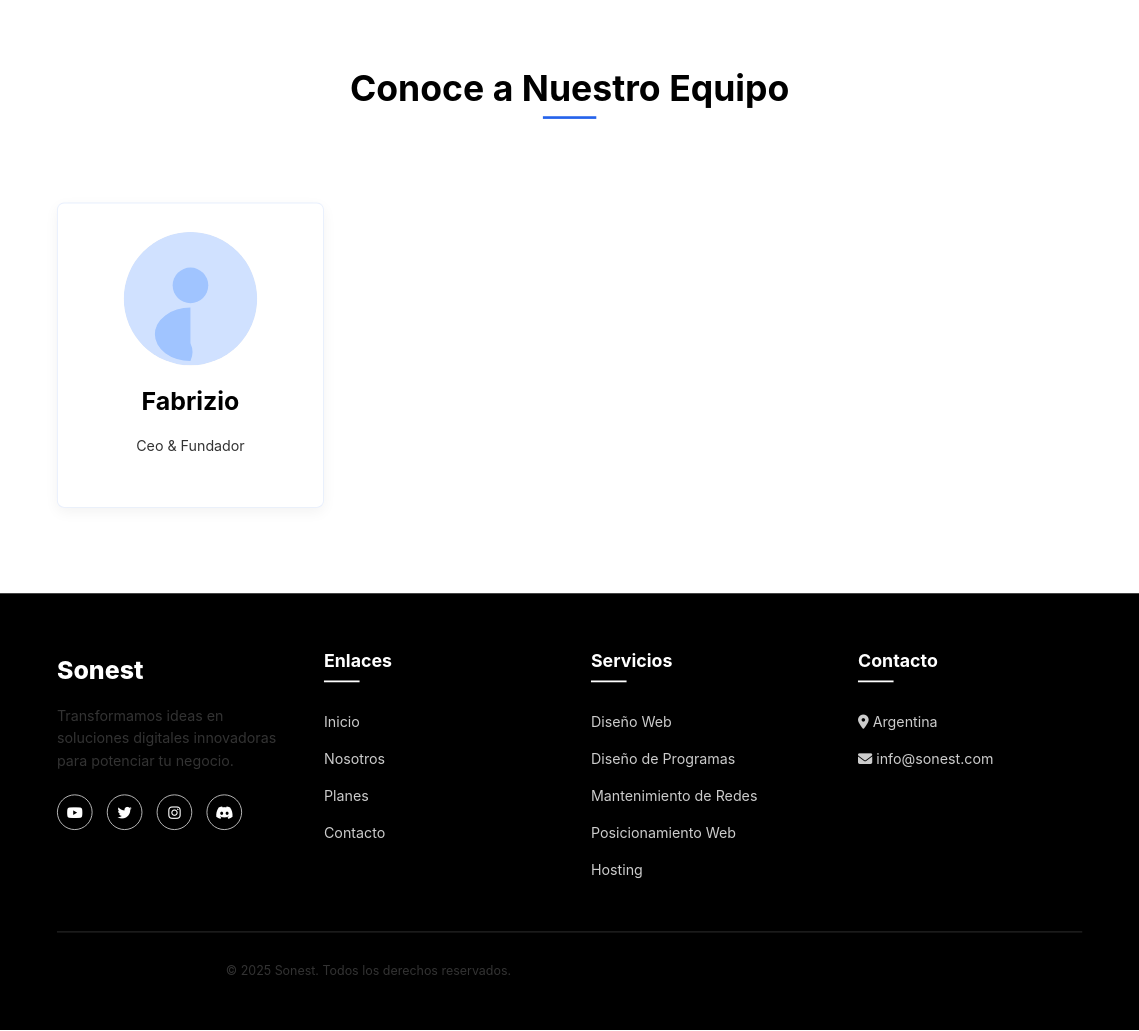
Repository: FabriDevelope/sonest
Page: nosotros.html
The author's editor kept a copy of each file at every save. The page is drawn from the files as they stood at one save, then again after the next save.
The browser window is 1280 px wide. The pictures show the part of the page from y = 776 to 1934 px (the page is 1934 px tall), at 89% of full size.
A picture or video elsewhere on the page could not be fetched, so the positions and the page height are approximate.

Above is the page before, as saved 2025-08-02 23:06:08.

### nosotros.html
<!DOCTYPE html>
<html lang="es">
<head>
    <meta charset="UTF-8">
    <meta name="viewport" content="width=device-width, initial-scale=1.0">
    <title>Sobre Nosotros - Sonest</title>
    <link rel="stylesheet" href="styles.css">
    <link rel="stylesheet" href="https://cdnjs.cloudflare.com/ajax/libs/font-awesome/6.4.0/css/all.min.css">
    <style>
        .about-section {
            padding: 6rem 0;
        }

        .about-content {
            display: flex;
            gap: 4rem;
            align-items: center;
        }

        .about-text {
            flex: 1;
        }

        .about-image {
            flex: 1;
            border-radius: var(--border-radius);
            overflow: hidden;
            box-shadow: var(--shadow);
        }

        .team-grid {
            display: grid;
            grid-template-columns: repeat(auto-fit, minmax(250px, 1fr));
            gap: 2.5rem;
            margin-top: 4rem;
            justify-content: center;
        }

        .team-card {
            background-color: var(--white);
            border-radius: var(--border-radius);
            padding: 2rem;
            text-align: center;
            box-shadow: 0 5px 15px rgba(0,0,0,0.05);
            border: 1px solid rgba(37, 99, 235, 0.1);
            max-width: 300px;
        }

        .team-image {
            width: 150px;
            height: 150px;
            border-radius: 50%;
            margin: 0 auto 1.5rem;
            overflow: hidden;
            background-color: var(--gray-100);
        }

        @media (max-width: 992px) {
            .about-content {
                flex-direction: column;
            }
        }
    </style>
</head>
<body>
    <!-- Header -->
    <header>
        <div class="container header-container">
            <a href="index.html" class="logo">
                <img src="https://i.imgur.com/yJCH2BL.png" alt="Sonest Logo" style="height: 60px; margin-right: 10px;">
            </a>
            <nav>
                <ul class="nav-menu">
                    <li class="nav-item"><a href="index.html" class="nav-link">Inicio</a></li>
                    <li class="nav-item"><a href="nosotros.html" class="nav-link">Nosotros</a></li>
                    <li class="nav-item dropdown">
                        <a href="planes.html" class="nav-link">Servicios <i class="fas fa-chevron-down"></i></a>
                        <ul class="dropdown-content">
                            <li><a href="diseno-web.html" class="dropdown-item">Diseño Web</a></li>
                            <li><a href="diseno-programas.html" class="dropdown-item">Diseño de Programas</a></li>
                            <li><a href="mantenimiento-redes.html" class="dropdown-item">Mantenimiento de Redes</a></li>
                            <li><a href="posicionamiento-web.html" class="dropdown-item">Posicionamiento Web</a></li>
                            <li><a href="hosting.html" class="dropdown-item">Hosting</a></li>
                        </ul>
                    </li>
                    <li class="nav-item"><a href="planes.html" class="nav-link">Planes</a></li>
                    <li class="nav-item"><a href="contacto.html" class="nav-link active">Contacto</a></li>
                </ul>
            </nav>
            <div class="mobile-toggle">
                <i class="fas fa-bars"></i>
            </div>
        </div>
    </header>

    <main>
        <section class="about-section">
            <div class="container">
                <div class="section-title">
                    <h2>Nuestra Historia</h2>
                    <p>Conoce más sobre quiénes somos y nuestra pasión por la tecnología</p>
                </div>

                <div class="about-content">
                    <div class="about-text">
                        <p>Fundada en 2024, Sonest nació con la visión de brindar soluciones tecnológicas modernas que ayuden a empresas y emprendedores a crecer en un entorno digital en constante evolución.</p>
                        <p>Lo que comenzó como una iniciativa de un grupo de profesionales apasionados por el desarrollo web, la seguridad informática y la optimización de procesos, hoy se consolida como una empresa comprometida con la innovación y la excelencia en cada proyecto.</p>
                        <p>Nuestro enfoque se basa en comprender a fondo los desafíos de cada cliente para crear soluciones personalizadas que generen valor real y sostenible en su negocio.</p>

                        <h3>Nuestro Equipo</h3>
                        <p>Contamos con un equipo multidisciplinario de desarrolladores, diseñadores, expertos en redes y consultores estratégicos dedicados a ofrecer un servicio cercano, profesional y de alta calidad.</p>
                    </div>
                    <div class="about-image fade-in">
                        <img src="https://i.imgur.com/lfAE6ol.png" alt="Equipo Sonest">
                    </div>
                </div>


                <div class="section-title" style="margin-top: 6rem;">
                    <h2>Conoce a Nuestro Equipo</h2>
                </div>

                <div class="team-grid">
                    <div class="team-card fade-in">
                        <div class="team-image">
                            <img src="data:[embedded picture, 302 characters]" alt="María López">
                        </div>
                        <h3>Fabrizio</h3>
                        <p>Ceo & Fundador</p>
                    </div>
                </div>
            </div>
        </section>
    </main>

    <!-- Footer -->
    <footer>
        <div class="container">
            <div class="footer-grid">
                <div>
                    <a href="index.html" class="footer-logo">Sonest</a>
                    <p>Transformamos ideas en soluciones digitales innovadoras para potenciar tu negocio.</p>
                    <div class="social-links">
                        <a href="#" class="social-link"><i class="fab fa-youtube"></i></a>
                        <a href="#" class="social-link"><i class="fab fa-twitter"></i></a>
                        <a href="#" class="social-link"><i class="fab fa-instagram"></i></a>
                        <a href="https://discord.gg/TzeV6DSFxJ" class="social-link"><i class="fab fa-discord"></i></a>
                    </div>
                </div>
                <div>
                    <h4 class="footer-title">Enlaces</h4>
                    <ul class="footer-links">
                        <li><a href="index.html" class="footer-link">Inicio</a></li>
                        <li><a href="nosotros.html" class="footer-link">Nosotros</a></li>
                        <li><a href="planes.html" class="footer-link">Planes</a></li>
                        <li><a href="contacto.html" class="footer-link">Contacto</a></li>
                    </ul>
                </div>
                <div>
                    <h4 class="footer-title">Servicios</h4>
                    <ul class="footer-links">
                        <li><a href="diseno-web.html" class="footer-link">Diseño Web</a></li>
                        <li><a href="diseno-programas.html" class="footer-link">Diseño de Programas</a></li>
                        <li><a href="mantenimiento-redes.html" class="footer-link">Mantenimiento de Redes</a></li>
                        <li><a href="posicionamiento-web.html" class="footer-link">Posicionamiento Web</a></li>
                        <li><a href="hosting.html" class="footer-link">Hosting</a></li>
                    </ul>
                </div>
                <div>
                    <h4 class="footer-title">Contacto</h4>
                    <ul class="footer-links">
                        <li><a href="#" class="footer-link"><i class="fas fa-map-marker-alt"></i> Argentina</a></li>
                        <li><a href="mailto:sonest.adm@proton.me" class="footer-link"><i class="fas fa-envelope"></i> info@sonest.com</a></li>
                    </ul>
                </div>
            </div>
            <div class="footer-bottom">
                <p>&copy; 2025 Sonest. Todos los derechos reservados.</p>
            </div>
        </div>
    </footer>

    <script>
        document.addEventListener('DOMContentLoaded', function() {
            const mobileToggle = document.querySelector('.mobile-toggle');
            const navMenu = document.querySelector('.nav-menu');

            if (mobileToggle && navMenu) {
                mobileToggle.addEventListener('click', function() {
                    navMenu.classList.toggle('active');
                });
            }

            // Animaciones al hacer scroll
            const observer = new IntersectionObserver((entries) => {
                entries.forEach(entry => {
                    if (entry.isIntersecting) {
                        entry.target.classList.add('fade-in-visible');
                    }
                });
            }, { threshold: 0.1 });

            document.querySelectorAll('.fade-in').forEach(element => {
                observer.observe(element);
            });
        });
    </script>
</body>
</html>

### styles.css
/* Variables CSS */
:root {
    --white: #ffffff;
    --black: #000000;
    --gray-100: #f5f5f5;
    --gray-200: #e0e0e0;
    --gray-300: #cccccc;
    --gray-700: #333333;
    --gray-800: #222222;
    --primary: #2563eb;
    --primary-light: #3b82f6;
    --transition: all 0.3s ease;
    --border-radius: 8px;
    --shadow: 0 4px 20px rgba(0,0,0,0.08);
    --container-width: 1200px;
}

/* Reset y estilos base */
* {
    margin: 0;
    padding: 0;
    box-sizing: border-box;
}

body {
    font-family: 'Inter', 'Segoe UI', Roboto, 'Helvetica Neue', Arial, sans-serif;
    color: var(--black);
    background-color: var(--white);
    line-height: 1.6;
    overflow-x: hidden;
    display: flex;
    flex-direction: column;
    min-height: 100vh;
}

h1, h2, h3, h4, h5, h6 {
    font-weight: 700;
    line-height: 1.2;
    margin-bottom: 1rem;
}

h1 {
    font-size: 3.5rem;
    margin-bottom: 1.5rem;
}

h2 {
    font-size: 2.5rem;
    position: relative;
    display: inline-block;
    margin-bottom: 2.5rem;
}

h2::after {
    content: '';
    position: absolute;
    bottom: -10px;
    left: 0;
    width: 60px;
    height: 3px;
    background-color: var(--primary);
}

h3 {
    font-size: 1.75rem;
    margin-bottom: 1.25rem;
}

p {
    margin-bottom: 1.5rem;
    max-width: 700px;
    color: var(--gray-700);
}

a {
    color: var(--primary);
    text-decoration: none;
    transition: var(--transition);
}

a:hover {
    color: var(--primary-light);
    opacity: 0.9;
}

img {
    max-width: 100%;
    height: auto;
    border-radius: var(--border-radius);
}

.container {
    width: 100%;
    max-width: var(--container-width);
    margin: 0 auto;
    padding: 0 1.5rem;
}

.btn {
    display: inline-block;
    background-color: var(--primary);
    color: var(--white);
    padding: 0.9rem 2.25rem;
    border: 2px solid var(--primary);
    border-radius: var(--border-radius);
    font-weight: 600;
    cursor: pointer;
    transition: var(--transition);
    text-align: center;
    font-size: 1rem;
}

.btn:hover {
    background-color: transparent;
    color: var(--primary);
    opacity: 1;
    transform: translateY(-3px);
    box-shadow: 0 10px 20px rgba(37, 99, 235, 0.15);
}

.btn-outline {
    background-color: transparent;
    color: var(--primary);
}

.btn-outline:hover {
    background-color: var(--primary);
    color: var(--white);
}

.section {
    padding: 6rem 0;
}

.section-title {
    text-align: center;
    margin-bottom: 4rem;
}

.section-title h2::after {
    left: 50%;
    transform: translateX(-50%);
}

.text-center {
    text-align: center;
}

/* Header */
header {
    position: fixed;
    top: 0;
    left: 0;
    width: 100%;
    background-color: var(--white);
    z-index: 1000;
    box-shadow: var(--shadow);
    padding: 1rem 0;
}

.header-container {
    display: flex;
    justify-content: space-between;
    align-items: center;
}

.logo {
    font-size: 1.5rem;
    font-weight: 800;
    letter-spacing: -1px;
    color: var(--black);
}

.nav-menu {
    display: flex;
    list-style: none;
}

.nav-item {
    margin-left: 2rem;
    position: relative;
}

.nav-link {
    font-weight: 500;
    padding: 0.5rem 0;
    color: var(--black);
}

.nav-link:hover::after {
    content: '';
    position: absolute;
    bottom: 0;
    left: 0;
    width: 100%;
    height: 2px;
    background-color: var(--primary);
}

.dropdown {
    position: relative;
}

.dropdown-content {
    position: absolute;
    top: 100%;
    left: 0;
    background-color: var(--white);
    box-shadow: var(--shadow);
    border-radius: var(--border-radius);
    min-width: 200px;
    padding: 0.5rem 0;
    opacity: 0;
    visibility: hidden;
    transform: translateY(10px);
    transition: var(--transition);
    z-index: 100;
}

.dropdown:hover .dropdown-content {
    opacity: 1;
    visibility: visible;
    transform: translateY(0);
}

.dropdown-item {
    display: block;
    padding: 0.75rem 1.5rem;
    color: var(--black);
}

.dropdown-item:hover {
    background-color: var(--gray-100);
    color: var(--primary);
}

.mobile-toggle {
    display: none;
    font-size: 1.5rem;
    cursor: pointer;
}

/* Hero */
.hero {
    padding: 12rem 0 7rem;
    background: linear-gradient(135deg, #f0f7ff 0%, #e6f0ff 100%);
    position: relative;
    overflow: hidden;
}

.hero::before {
    content: '';
    position: absolute;
    top: -100px;
    right: -100px;
    width: 500px;
    height: 500px;
    border-radius: 50%;
    background: linear-gradient(135deg, rgba(37, 99, 235, 0.1) 0%, rgba(37, 99, 235, 0.05) 100%);
    z-index: 0;
}

.hero-content {
    display: flex;
    align-items: center;
    gap: 4rem;
    position: relative;
    z-index: 1;
}

.hero-text {
    flex: 1;
}

.hero-image {
    flex: 1;
    border-radius: var(--border-radius);
    overflow: hidden;
    box-shadow: var(--shadow);
    transform: perspective(1000px) rotateY(-5deg);
    transition: var(--transition);
}

.hero-image:hover {
    transform: perspective(1000px) rotateY(0);
}

/* Features */
.features-grid {
    display: grid;
    grid-template-columns: repeat(auto-fit, minmax(300px, 1fr));
    gap: 2.5rem;
    margin-top: 3rem;
}

.feature-card {
    background-color: var(--white);
    border-radius: var(--border-radius);
    padding: 2.5rem;
    transition: var(--transition);
    box-shadow: 0 5px 15px rgba(0,0,0,0.05);
    text-align: center;
    border: 1px solid rgba(37, 99, 235, 0.1);
}

.feature-card:hover {
    transform: translateY(-10px);
    box-shadow: 0 15px 30px rgba(37, 99, 235, 0.15);
}

.feature-icon {
    width: 80px;
    height: 80px;
    background: linear-gradient(135deg, #e6f0ff 0%, #d0e1ff 100%);
    border-radius: 50%;
    display: flex;
    align-items: center;
    justify-content: center;
    margin: 0 auto 1.5rem;
    font-size: 2rem;
    color: var(--primary);
}

/* Services */
.services {
    background-color: var(--gray-100);
}

.services-grid {
    display: grid;
    grid-template-columns: repeat(auto-fit, minmax(280px, 1fr));
    gap: 2.5rem;
    margin-top: 2rem;
}

.service-card {
    background-color: var(--white);
    border-radius: var(--border-radius);
    padding: 2.5rem;
    transition: var(--transition);
    box-shadow: 0 5px 15px rgba(0,0,0,0.05);
    border: 1px solid rgba(37, 99, 235, 0.1);
}

.service-card:hover {
    transform: translateY(-5px);
    box-shadow: 0 15px 30px rgba(37, 99, 235, 0.1);
}

.service-icon {
    font-size: 2.5rem;
    margin-bottom: 1.5rem;
    display: inline-block;
    color: var(--primary);
}

.soon-badge {
    display: inline-block;
    background-color: var(--gray-200);
    color: var(--gray-700);
    font-size: 0.75rem;
    padding: 0.25rem 0.75rem;
    border-radius: 2rem;
    margin-left: 0.5rem;
    vertical-align: super;
    font-weight: 600;
}

/* Stats */
.stats {
    background: linear-gradient(135deg, var(--primary) 0%, var(--primary-light) 100%);
    color: var(--white);
    text-align: center;
}

.stats-grid {
    display: grid;
    grid-template-columns: repeat(auto-fit, minmax(200px, 1fr));
    gap: 2rem;
    margin-top: 2rem;
}

.stat-item {
    text-align: center;
    padding: 2rem;
    background-color: rgba(255, 255, 255, 0.1);
    border-radius: var(--border-radius);
}

.stat-number {
    font-size: 3rem;
    font-weight: 700;
    margin-bottom: 0.5rem;
}

/* Testimonials */
.testimonials-grid {
    display: grid;
    grid-template-columns: repeat(auto-fit, minmax(320px, 1fr));
    gap: 2.5rem;
}

.testimonial-card {
    background-color: var(--white);
    border-radius: var(--border-radius);
    padding: 2.5rem;
    position: relative;
    box-shadow: 0 5px 15px rgba(0,0,0,0.05);
    border: 1px solid rgba(37, 99, 235, 0.1);
}

.testimonial-quote {
    font-size: 3rem;
    position: absolute;
    top: 1rem;
    left: 1rem;
    opacity: 0.1;
    color: var(--primary);
}

.testimonial-content {
    margin-bottom: 1.5rem;
    font-style: italic;
}

.testimonial-author {
    display: flex;
    align-items: center;
}

.author-image {
    width: 60px;
    height: 60px;
    border-radius: 50%;
    margin-right: 1rem;
    background-color: var(--gray-200);
    display: flex;
    align-items: center;
    justify-content: center;
    overflow: hidden;
}

.author-image img {
    width: 100%;
    height: 100%;
    object-fit: cover;
}

/* CTA */
.cta {
    background: linear-gradient(135deg, var(--gray-800) 0%, var(--black) 100%);
    color: var(--white);
    text-align: center;
    padding: 5rem 0;
    position: relative;
    overflow: hidden;
}

.cta::before {
    content: '';
    position: absolute;
    top: -100px;
    right: -100px;
    width: 400px;
    height: 400px;
    border-radius: 50%;
    background: rgba(255, 255, 255, 0.05);
    z-index: 0;
}

.cta-content {
    position: relative;
    z-index: 1;
    max-width: 700px;
    margin: 0 auto;
}

.cta h2 {
    color: var(--white);
    margin-bottom: 1.5rem;
}

.cta h2::after {
    background-color: var(--white);
}

.cta .btn {
    background-color: var(--white);
    color: var(--primary);
    border-color: var(--white);
    margin-top: 1.5rem;
}

.cta .btn:hover {
    background-color: transparent;
    color: var(--white);
}

/* Footer */
footer {
    background-color: var(--black);
    color: var(--white);
    padding: 4rem 0 2rem;
    margin-top: auto;
}

.footer-grid {
    display: grid;
    grid-template-columns: repeat(auto-fit, minmax(250px, 1fr));
    gap: 3rem;
    margin-bottom: 3rem;
}

.footer-logo {
    font-size: 1.75rem;
    font-weight: 800;
    margin-bottom: 1rem;
    display: block;
    color: var(--white);
}

.footer-title {
    font-size: 1.25rem;
    margin-bottom: 1.5rem;
    position: relative;
    padding-bottom: 0.75rem;
}

.footer-title::after {
    content: '';
    position: absolute;
    bottom: 0;
    left: 0;
    width: 40px;
    height: 2px;
    background-color: var(--white);
}

.footer-links {
    list-style: none;
}

.footer-link {
    display: block;
    padding: 0.5rem 0;
    color: var(--gray-300);
}

.footer-link:hover {
    color: var(--white);
}

.social-links {
    display: flex;
    gap: 1rem;
    margin-top: 1rem;
}

.social-link {
    display: flex;
    align-items: center;
    justify-content: center;
    width: 40px;
    height: 40px;
    border: 1px solid var(--gray-300);
    border-radius: 50%;
    color: var(--white);
    transition: var(--transition);
}

.social-link:hover {
    background-color: var(--white);
    color: var(--black);
    border-color: var(--white);
}

.footer-bottom {
    padding-top: 2rem;
    border-top: 1px solid var(--gray-700);
    text-align: center;
    color: var(--gray-300);
    font-size: 0.875rem;
}

/* Animations */
.fade-in {
    opacity: 0;
    transform: translateY(30px);
    transition: opacity 0.6s ease-out, transform 0.6s ease-out;
}

.fade-in-visible {
    opacity: 1;
    transform: translateY(0);
}

/* Responsive */
@media (max-width: 992px) {
    .hero-content, .about-content, .contact-content, .service-content {
        flex-direction: column;
    }

    .hero-text, .about-text {
        order: 1;
        text-align: center;
    }

    .hero-image {
        order: 0;
        margin-bottom: 3rem;
    }

    h1 {
        font-size: 2.75rem;
    }

    h2 {
        font-size: 2.25rem;
    }
}

@media (max-width: 768px) {
    .mobile-toggle {
        display: block;
    }

    .nav-menu {
        position: fixed;
        top: 70px;
        left: 0;
        width: 100%;
        background-color: var(--white);
        flex-direction: column;
        padding: 2rem;
        box-shadow: var(--shadow);
        transform: translateY(-150%);
        transition: var(--transition);
        z-index: 999;
    }

    .nav-menu.active {
        transform: translateY(0);
    }

    .nav-item {
        margin: 0 0 1.5rem;
    }

    .dropdown-content {
        position: static;
        box-shadow: none;
        opacity: 1;
        visibility: visible;
        transform: none;
        padding-left: 1rem;
        margin-top: 0.5rem;
    }

    .section {
        padding: 4rem 0;
    }

    h1 {
        font-size: 2.5rem;
    }

    h2 {
        font-size: 2rem;
    }

    .feature-card, .service-card, .testimonial-card {
        padding: 2rem;
    }
}

@media (max-width: 480px) {
    h1 {
        font-size: 2rem;
    }

    h2 {
        font-size: 1.75rem;
    }
}

After the next save:
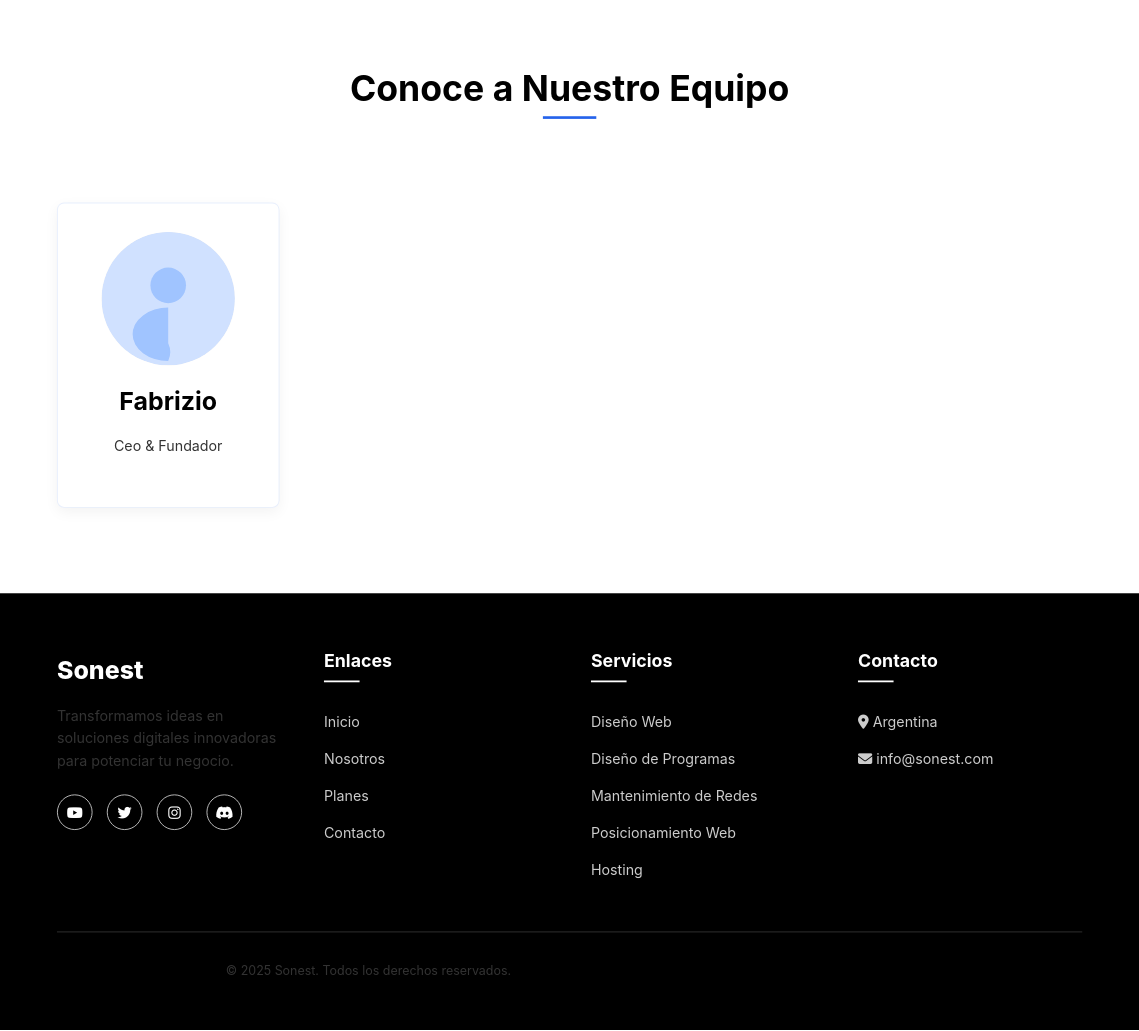
Saved 11 s later.
--- a/nosotros.html
+++ b/nosotros.html
@@ -43,7 +43,7 @@
             text-align: center;
             box-shadow: 0 5px 15px rgba(0,0,0,0.05);
             border: 1px solid rgba(37, 99, 235, 0.1);
-            max-width: 300px;
+            max-width: 250px;
         }
 
         .team-image {
